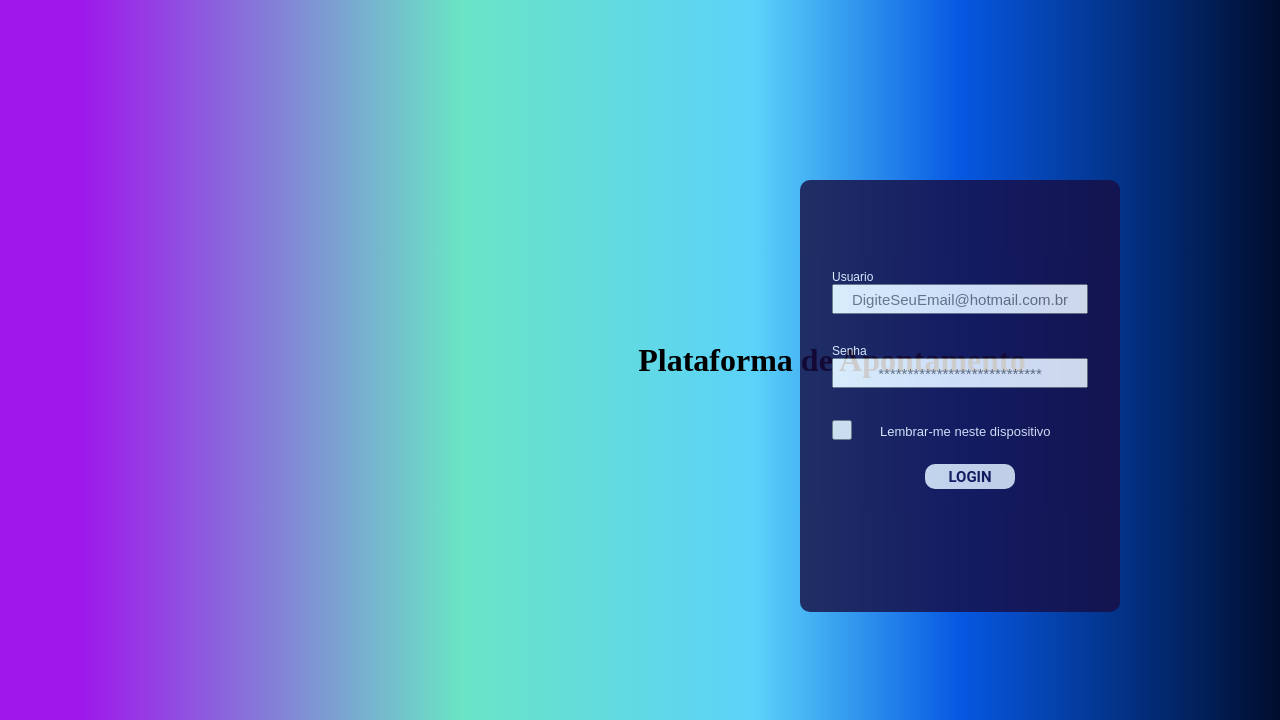
Repository: KevynMarques/Estudos-Reactjs-Firebase
Page: /
The author's editor kept a copy of each file at every save. The page is drawn from the files as they stood at one save, then again after the next save.
The browser window is 1280 px wide. The pictures show the whole page.
The page's requests for data from a server got no answer. The project was rebuilt for these pictures with package versions that can differ from the ones it lists, and the page was loaded fresh each time. No one was signed in, and anything a server would have sent is missing. Also part of the build but not shown: src/Pages/Page2.jsx.

Above is the page before, as saved 2022-08-23 14:52:39.

### public/index.html
<!DOCTYPE html>
<html lang="pt-BR">
  <head>
    <meta charset="utf-8" />
    <link rel="icon" href="%PUBLIC_URL%/favicon.ico" />
    <meta name="viewport" content="width=device-width, initial-scale=1" />
    <meta name="theme-color" content="#000000" />
    <meta
      name="description"
      content="Web site created using create-react-app"
    />
    <link rel="apple-touch-icon" href="%PUBLIC_URL%/logo192.png" />
    <!--
      manifest.json provides metadata used when your web app is installed on a
      user's mobile device or desktop. See https://developers.google.com/web/fundamentals/web-app-manifest/
    -->
    <link rel="manifest" href="%PUBLIC_URL%/manifest.json" />
    <!--
      Notice the use of %PUBLIC_URL% in the tags above.
      It will be replaced with the URL of the `public` folder during the build.
      Only files inside the `public` folder can be referenced from the HTML.

      Unlike "/favicon.ico" or "favicon.ico", "%PUBLIC_URL%/favicon.ico" will
      work correctly both with client-side routing and a non-root public URL.
      Learn how to configure a non-root public URL by running `npm run build`.
    -->
    <title>Squad</title>
  </head>
  <body>
    <noscript>You need to enable JavaScript to run this app.</noscript>
    <div id="root"></div>
    <!--
      This HTML file is a template.
      If you open it directly in the browser, you will see an empty page.

      You can add webfonts, meta tags, or analytics to this file.
      The build step will place the bundled scripts into the <body> tag.

      To begin the development, run `npm start` or `yarn start`.
      To create a production bundle, use `npm run build` or `yarn build`.
    -->
  </body>
</html>

### src/App.jsx
import React from "react";
import Router from "./Routers/router";
import { GlobalStyle } from "./GlobalStyle";



function App() {
  return (
    <>
    <GlobalStyle/>
      <Router/>
    </>
  );
}

export default App;

### src/Routers/router.jsx
import { BrowserRouter, Routes, Route } from "react-router-dom";
import { Page1 } from "../Pages/Page1";
import { Page2 } from "../Pages/Page2";



export default () => {
  return (
    <>
    <BrowserRouter >
    <Routes >
      <Route path="/" element={<Page1 />} />
      <Route path="/Page2" element={<Page2 />} />
    </Routes>
    </BrowserRouter>
    </>
  );
}

### src/GlobalStyle.jsx

import { createGlobalStyle } from 'styled-components';

export const GlobalStyle = createGlobalStyle`
 * {
   margin: 0;
   padding: 0;
   box-sizing: border-box;
 }
`;

### src/Pages/Page1.jsx
import React from "react";
import { Login } from "../Components/Login/index";


export const Page1 = ()=>{
   return(
    <Login />
   );
}

### src/Components/Login/index.jsx
import React from "react";
import { authConfig } from "../../Auth/config";
import { BoxHome, BoxLogin, ButtomLogin, InputDeLogin, Remember, TextLogin, TextRemember, TextTittle} from "./style";






export const Login =()=>{
  return (
    <BoxHome>
      <TextTittle>
        Plataforma de Apontamento
      </TextTittle>

    <BoxLogin>
       <TextLogin>Usuario</TextLogin>
       <InputDeLogin type="email" id="email" name="email" placeholder="DigiteSeuEmail@hotmail.com.br" />
       <TextLogin>Senha</TextLogin>
       <InputDeLogin type="text" id="password" name="password"  placeholder="****************************"/>
      <Remember />
      <TextRemember>Lembrar-me neste dispositivo</TextRemember>
     <ButtomLogin>
      LOGIN
     </ButtomLogin>
    </BoxLogin>
    </BoxHome>
  )
}

### src/Auth/config.jsx
import * as firebase from 'firebase/app';
import 'firebase/auth';

export const authConfig = firebase.initializeApp({
  apiKey: process.env.REACT_APP_FIREBASE_KEY,
  authDomain: process.env.REACT_APP_FIREBASE_DOMAIN,
  projectId: process.env.REACT_APP_FIREBASE_PROJECT_ID,
  storageBucket: process.env.REACT_APP_FIREBASE_STORAGE_BUCKET,
  messagingSenderId:process.env.REACT_APP_FIREBASE_SENDER_ID,
});

### src/Components/Login/style.jsx
import styled from "styled-components";

export const BoxHome = styled.div`
display: flex;
align-items: center;
justify-content: center;
background: rgb(159,22,235);
background: linear-gradient(90deg, rgba(159,22,235,1) 6%, rgba(106,228,197,1) 36%, rgba(91,210,249,1) 59%, rgba(6,88,226,1) 75%, rgba(0,13,45,1) 100%);
height: 100vh;
`;


export const TextTittle = styled.h1`
position: absolute;
margin-left: 30vw;

`;

export const BoxLogin = styled.div`
  width: 25vw;
  height: 60vh;
  background-color: #170d43;
  opacity: 0.8;
  border-radius: 10px;
  margin-top: 10vh;
  margin-left: 50vw;
  display: flex;
  flex-direction: column;
  padding-top: 60px;
`;

export const InputDeLogin = styled.input`
width: 80%;
margin-left: 10%;
height: 30px;
text-align: center;
font-size: 15px;

`;

export const TextLogin = styled.label`
 color: white;
 font-family: Arial, Helvetica, sans-serif;
 font-size: 12px;
 margin-left: 10%;
 margin-top: 30px;
`;


export const Remember = styled.button`
 width: 20px;
 height: 20px;
 margin-left: 10%;
 margin-top: 10%;
 cursor: pointer;
`;

export const TextRemember = styled.label`
  color: white;
  font-family: Arial, Helvetica, sans-serif;
  font-size: 13px;
  margin-left: 25%;
  margin-top: -5%;
`;


export const ButtomLogin = styled.button`
@import url('https://fonts.googleapis.com/css2?family=Macondo&family=Roboto:wght@500&display=swap');
 width: 90px;
 height: 25px;
 border: none;
 border-radius: 10px;
 font-weight: bold;
 font-family: 'Roboto', sans-serif;
 font-size: 15px;
 color:#170d43;
 margin-left: 125px;
 margin-top: 25px;
`;

Loaded but not shown: src/index.js (common file)

After the next save:
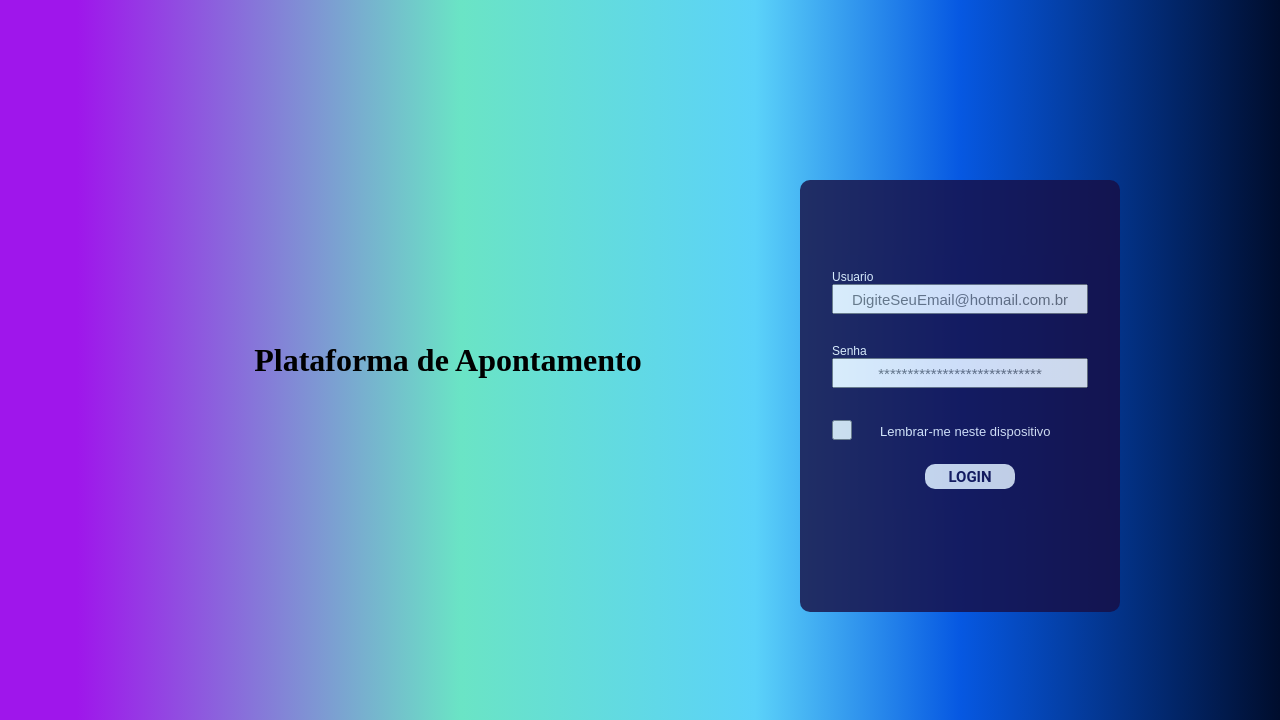
Saved 14 s later.
--- a/src/Components/Login/style.jsx
+++ b/src/Components/Login/style.jsx
@@ -12,7 +12,7 @@ height: 100vh;
 
 export const TextTittle = styled.h1`
 position: absolute;
-margin-left: 30vw;
+margin-left: -30vw;
 
 `;
 
